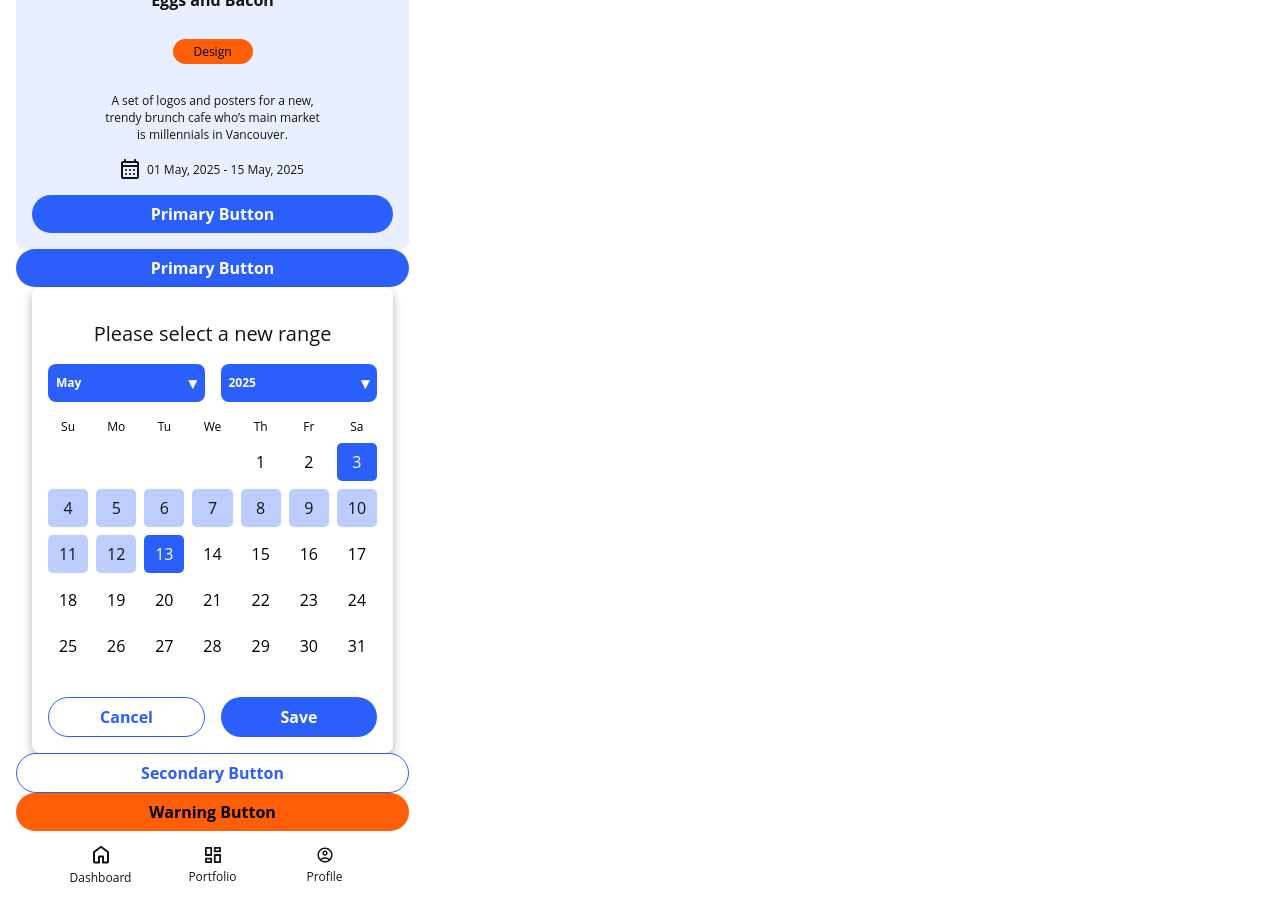
Repository: brunaguarizo/mosaic_app
Page: /
An editor plug-in stored every save of this project. The page is shown before and after the next save, followed by the edit.
The browser window is 1280 px wide. The pictures show the whole page.
The project was rebuilt for these pictures with package versions that can differ from the ones it lists, and the page was loaded fresh each time. The framework's server and built-in components were replaced by stand-ins that run in the browser. Also part of the build but not shown: next.config.mjs.

Above is the page before, as saved 2025-04-18 11:19:05.

After the next save:
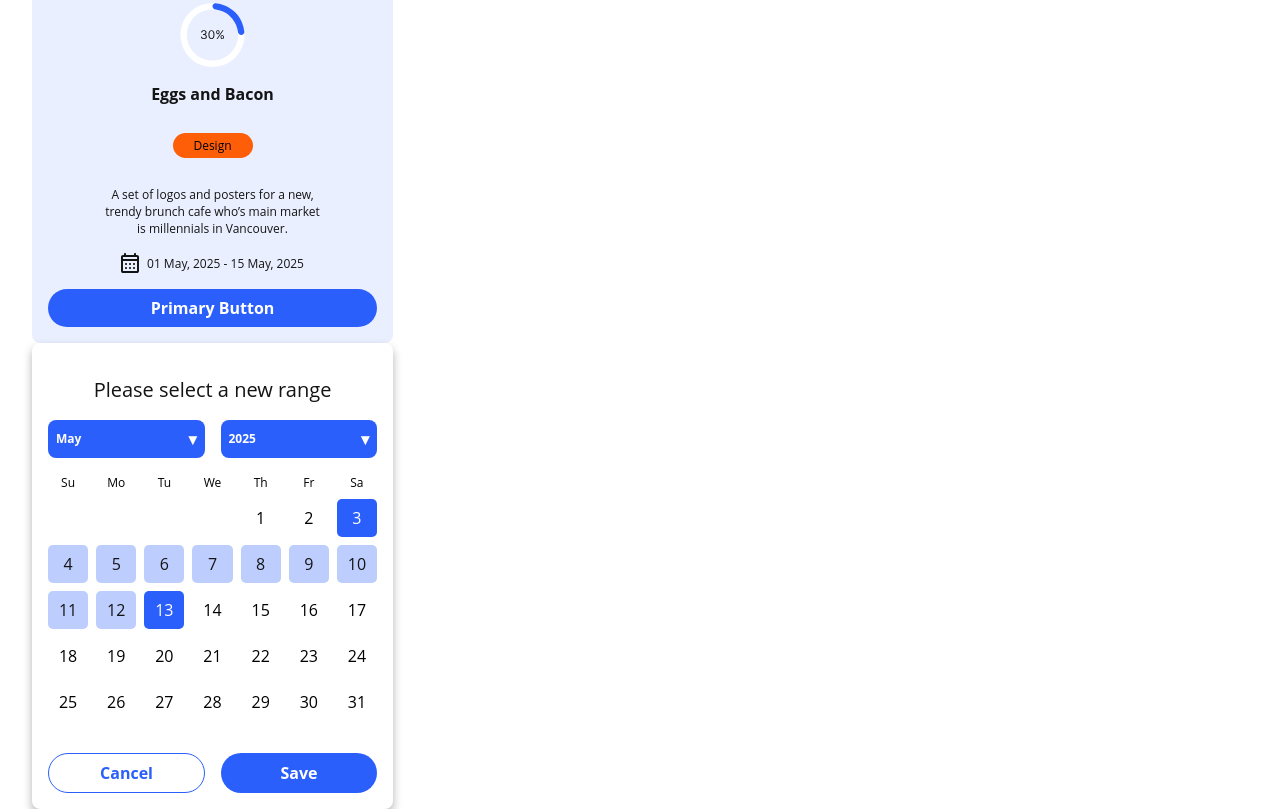
Saved 18 s later.
--- a/app/page.js
+++ b/app/page.js
@@ -8,25 +8,7 @@ export default function Home() {
         <div>
             <ProjectCard />
 
-            <Button
-                value='Primary Button'
-                type='primary'
-                //onClick={}
-            />
             <DatePicker />
-
-            <Button
-                value='Secondary Button'
-                type='secondary'
-                //onClick={}
-            />
-
-            <Button
-                value='Warning Button'
-                type='warning'
-                //onClick={}
-            />
-            <Navbar />
         </div>
     );
 }
